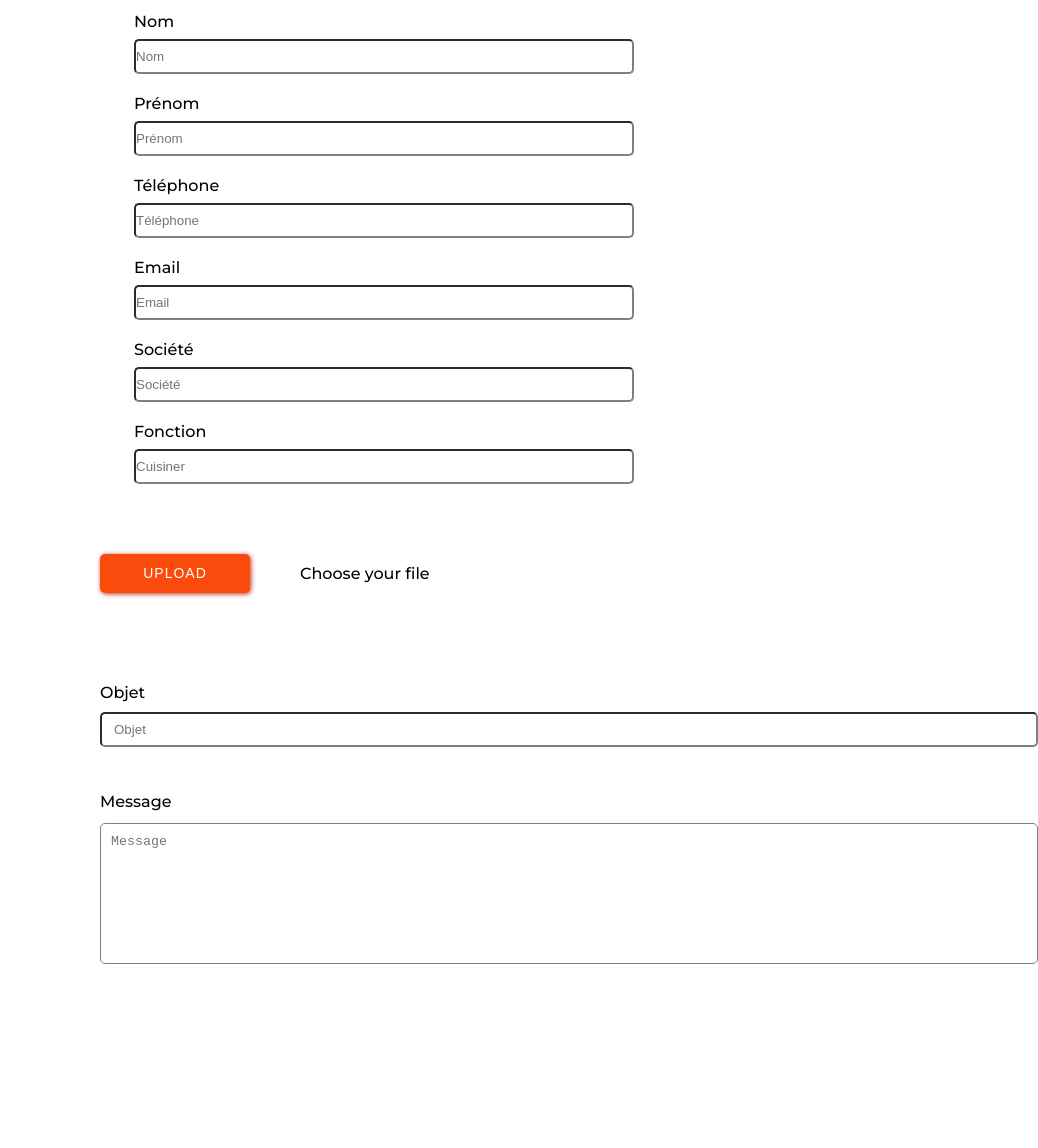
Repository: sisilass31/bella-olonje
Page: html/contact.html
The author's editor kept a copy of each file at every save. The page is drawn from the files as they stood at one save, then again after the next save.
The browser window is 768 px wide. The page is 1038 px wide, so the pictures cover 1038 px, including what lies to the right of the window. The pictures show the part of the page from y = 966 to 2114 px (the page is 2603 px tall).
Pictures or frames that could not be fetched are drawn as grey boxes. Some web libraries are served in a nearby version.

Above is the page before, as saved 2023-02-15 10:17:54.

### html/contact.html
<!DOCTYPE html>
<html lang="fr">

<head>
    <meta charset="UTF-8">
    <meta http-equiv="X-UA-Compatible" content="IE=edge">
    <meta name="viewport" content="width=device-width, initial-scale=1.0">
    <link rel="stylesheet" href="https://pro.fontawesome.com/releases/v5.10.0/css/all.css">
    <script src="https://www.google.com/recaptcha/api.js" async defer></script>
    <link rel="stylesheet" href="../css/contact.css">
    <title>Contact</title>
</head>

<body>
    <header>
        <nav>
            <ul class='nav-bar'>
                <li class='logo'><a href='#'><img src="../img/logo.png"alt="jsp"></a></li>
                <div><input type='checkbox' id="check"></div>
                <span class="menu">
                  <li><a href="acceuil.html" class="nav-link">Home</a></li>
                  <li><a href="#pizza" class="nav-link">Pizzas</a></li>
                  <li><a href="#burger" class="nav-link">Burgers</a></li>
                  <li><a href="#salades" class="nav-link">Salades</a></li>
                  <li><a href="index3.html" class="nav-link">Contact</a></li>
                  <label for="check" class="close-menu"><i class="fas fa-times"></i></label>
                </span>
                <label for="check" class="open-menu"><i class="fas fa-bars"></i></label>
            </ul>
        </nav>
        <div class="food_app">
            <div class="title_food_app">
                <h3>Food app</h3>
                <strong>Chez Bella <br>chaque désir s'additionne.</strong>
            </div>
        </div>
    </header>
    <main>
        <div class="infos" id="form-infos">
            <form>
              <h1>Nous Contacter</h1>

                <div class="grp_infos">
                    <div class="nom_prenom">
                        <div class="label1">
                            <label class="label_nom">Nom</label><br>
                            <input type="text" placeholder="Nom">
                        </div>
                        <div class="label1">
                            <label class="label_nom">Prénom</label><br>
                            <input type="text" placeholder="Prénom">
                        </div>
                    </div>
                </div>

                <div class="telephone_email">
                  <div class="label1">
                    <label class="label_nom">Téléphone</label><br>
                    <input type="text" placeholder="Téléphone">
                  </div>
                  <div class="label1">
                    <label class="label_nom">Email</label><br>
                    <input type="text" placeholder="Email">
                  </div>
                </div>

                <div class="société_fonction">
                    <div class="label1">
                      <label class="label_nom">Société</label><br>
                      <input type="text" placeholder="Société">
                    </div>
                    <div class="label1">
                      <label class="label_nom">Fonction</label><br>
                      <input type="text" placeholder="Cuisiner">
                    </div>
                </div>


                <div class="chose">
                    <div class="div_button">
                        <button class="button" type="button">UPLOAD</button>
                        <p>Choose your file</p>
                    </div>
                </div>

                <div>
                    <div class="g-recaptcha" data-sitekey="6Lc_nVgkAAAAANUqv4ltSxulUPFWVLdaBJeZfWuV"></div>
                </div>

                <div class="grp_choose">
                    <div class="choose_message">
                        <div class="label_choose">
                            <label>Objet</label><br>
                            <input type="text" placeholder="Objet">
                        </div>
                        <div class="label_message">
                            <label>Message</label><br>
                            <textarea placeholder="Message"></textarea>
                        </div>
                    </div>
                </div>
                <div class="map">
                    <iframe
                        src="https://www.google.com/maps/embed?pb=!1m14!1m8!1m3!1d6802.520331314847!2d2.4286389989125756!3d48.78576307783899!3m2!1i1024!2i768!4f13.1!3m3!1m2!1s0x47e67344bd2d57f1%3A0x2a84a845271b523a!2sAFPA!5e0!3m2!1sfr!2sfr!4v1674599977215!5m2!1sfr!2sfr"
                        width="800" height="400" style="border: 1px;;" allowfullscreen="" loading="lazy"
                        referrerpolicy="no-referrer-when-downgrade">
                    </iframe>
                </div>

                <div class="div_button2"><button class="button2" type="button">Envoyer</button></div>
            </form>
        </div>

    </main>
</body>

### css/contact.css
@import url('https://fonts.googleapis.com/css2?family=Montserrat:wght@100;200;500&display=swap');

* {
    margin: 0px;
    padding: 0px;
    scroll-behavior: smooth;
    box-sizing: border-box;
}

html,
body {
    font-family: Montserrat, sans-serif;
    background-size: cover;
    background-position: center;
    height: 100vh;
    background-repeat: no-repeat;
    scroll-behavior: smooth;
}

/*navbar*/
.nav-bar {
    width: 100%;
    display: flex;
    justify-content: space-between;
    align-items: center;
    list-style: none;
    position: relative;
    background-color: #FFF;
    padding: 12px 20px;
}

.logo img {
    width: 150px;
}

.menu {
    display: flex;
}

.menu li {
    padding-left: 30px;
    padding-right: 55px;
}

.menu li a {
    display: inline-block;
    text-decoration: none;
    color: #333;
    text-align: center;
    position: relative;
}

.menu li a:hover {
    color: #FA4A0C;
}

.open-menu {
    position: absolute;
    color: #FA4A0C;
    cursor: pointer;
    font-size: 1.5rem;
    display: none;
}

.close-menu {
    position: absolute;
    color: #333;
    cursor: pointer;
    font-size: 1.5rem;
    display: none;
    padding: 10px;
}

.open-menu {
    top: 50%;
    right: 20px;
    transform: translateY(-50%);
}

.close-menu {
    top: 20px;
    right: 20px;
}

#check {
    display: none;
}

@media(max-width: 920px) {
    .menu {
        flex-direction: column;
        align-items: center;
        width: 60%;
        height: 100vh;
        position: fixed;
        top: 0;
        right: -100%;
        z-index: 100;
        background-color: rgb(152, 152, 152);
        ;
        transition: all 0.2s ease-in-out;
        padding-top: 100px;
    }

    .menu li {
        margin-top: 40px;
    }

    .menu li a {
        padding: 10px;
        color: #FFF;
    }

    .open-menu {
        display: block;
        padding-right: 25px;
        padding-top: 13px;
    }

    .close-menu {
        display: block;
        color: #FFF;
        padding-right: 25px;
        padding-top: 22px;
    }

    #check:checked~.menu {
        right: 0;
    }

    .menu li a:hover {
        color: #333;
    }

    .nav-link {
        font-family: Montserrat;
        letter-spacing: .8px;
    }
}

/*navbar*/
/*food_app*/
.title_food_app {
    padding-top: 50px;
}

.food_app {
    background-image: url(../img/food_app.png);
    min-height: 90vh;
    background-repeat: no-repeat;
    background-position: center;
    background-size: cover;
}

.title_food_app h3 {
    font-family: 'Montserrat';
    font-style: normal;
    font-weight: 550;
    font-size: 24px;
    line-height: 36px;
    text-align: center;
    letter-spacing: 0.1px;
    color: #F7F7F7;
    padding-top: 50px;
}

.title_food_app {

    font-family: Montserrat;
    font-style: normal;
    font-weight: 600;
    font-size: 58px;
    line-height: 80px;
    text-align: center;
    letter-spacing: 0.2px;
    color: #FFFFFF;
}

.title_pizza {
    display: flex;
    justify-content: center;
    color: #000000;
}

/*food_app*/

/*contact*/

.label1 {
    padding-right: 200px;
    padding-left: 100px;
}

.label1 input {
    width: 280px;
    height: 35px;
    margin-bottom: 20px;
    margin-top: 8px;
    padding: 5px 12px;
    color: grey;
    border-radius: 5px;
    border-color: gray;
}

/*upload*/
.chose {
    display: flex;
}

.grp_choose {
    padding-left: 100px;
}

.label_choose input {
    width: 938px;
    height: 35px;
    margin-bottom: 20px;
    margin-top: 10px;
    padding: 5px 12px;
    color: grey;
    border-radius: 5px;
    border-color: gray;
}

.label_message {
    padding-top: 25px;
}

textarea {
    width: 938px;
    height: 141px;
    margin-bottom: 20px;
    color: grey;
    border-color: gray;
    margin-top: 12px;
    padding: 10px 10px 80px;
    outline: none;
    border-radius: 5px;
    resize: none;
}

/*upload*/

.infos h1 {
    padding: 52px 0px 65px 75px;
}

/*contact*/
.nom_prenom {
    display: flex;
    justify-content: space-around;
    padding-right: 200px;
    padding-bottom: 28px;
}

.telephone_email {
    display: flex;
    justify-content: space-around;
    padding-right: 200px;
    padding-bottom: 28px;
}

.société_fonction {
    display: flex;
    justify-content: space-around;
    padding-right: 200px;
    padding-bottom: 28px;
}

.div_button {
    padding: 50px 0px 35px 100px;
    display: flex;
}

.div_button2 {
    padding: 50px 490px 50px 0px;
    display: flex;
    justify-content: flex-end;
}

.button {
    letter-spacing: 1px;
    font-size: 14px;
}

.button2 {
    letter-spacing: 1px;
    font-size: 16px;
}

.g-recaptcha {
    padding: 0px 0px 55px 100px;
}

.div_button p {
    padding-left: 50px;
    padding-top: 10px;
}

.div_button button {
    border: 0;
    line-height: 2.8;
    width: 150px;
    padding: 0 18px;
    font-size: 14px;
    text-align: center;
    color: #fff;
    border-radius: 5px;
    background-color: #FA4A0C;
    box-shadow: 1px 1px 5px #B73227;
}

.div_button2 button {
    border: 0;
    line-height: 2.5;
    width: 150px;
    padding: 0 18px;
    font-size: 18px;
    text-align: center;
    color: #fff;
    border-radius: 20px;
    background-color: #FA4A0C;
    box-shadow: 1px 1px 5px #B73227;
}


/*contact*/

.choose {
    padding-left: 50px;
    padding-bottom: 38px;
    display: flex;
}

.message {
    padding-left: 50px;
    padding-bottom: 55px;
    display: flex;
}

/*map*/
.map {
    padding: 50px 0px 50px 100px;
}

/*map*/

/*responsive*/
/* Mobile */
@media (max-width:767px) {}

/* Ipad Mini to ipad */
@media screen and (min-width:768px) and (max-width:991px) {
    .infos h1 {
        padding: 52px 0px 65px 75px;
    }

    .nom_prenom {
        padding: 0;
        flex-direction: column;
    }

    .label1 {
        padding: 0;
    }

    .label1 input {
        padding: 0;
        width: 500px;
    }

    .telephone_email {
        padding: 0;
        flex-direction: column;
        justify-content: center;
        align-items: center;
    }

    .société_fonction {
        padding: 0;
        flex-direction: column;
        justify-content: center;
        align-items: center;
    }

    .grp_infos {
        display: flex;
        justify-content: center;

    }
}

After the next save:
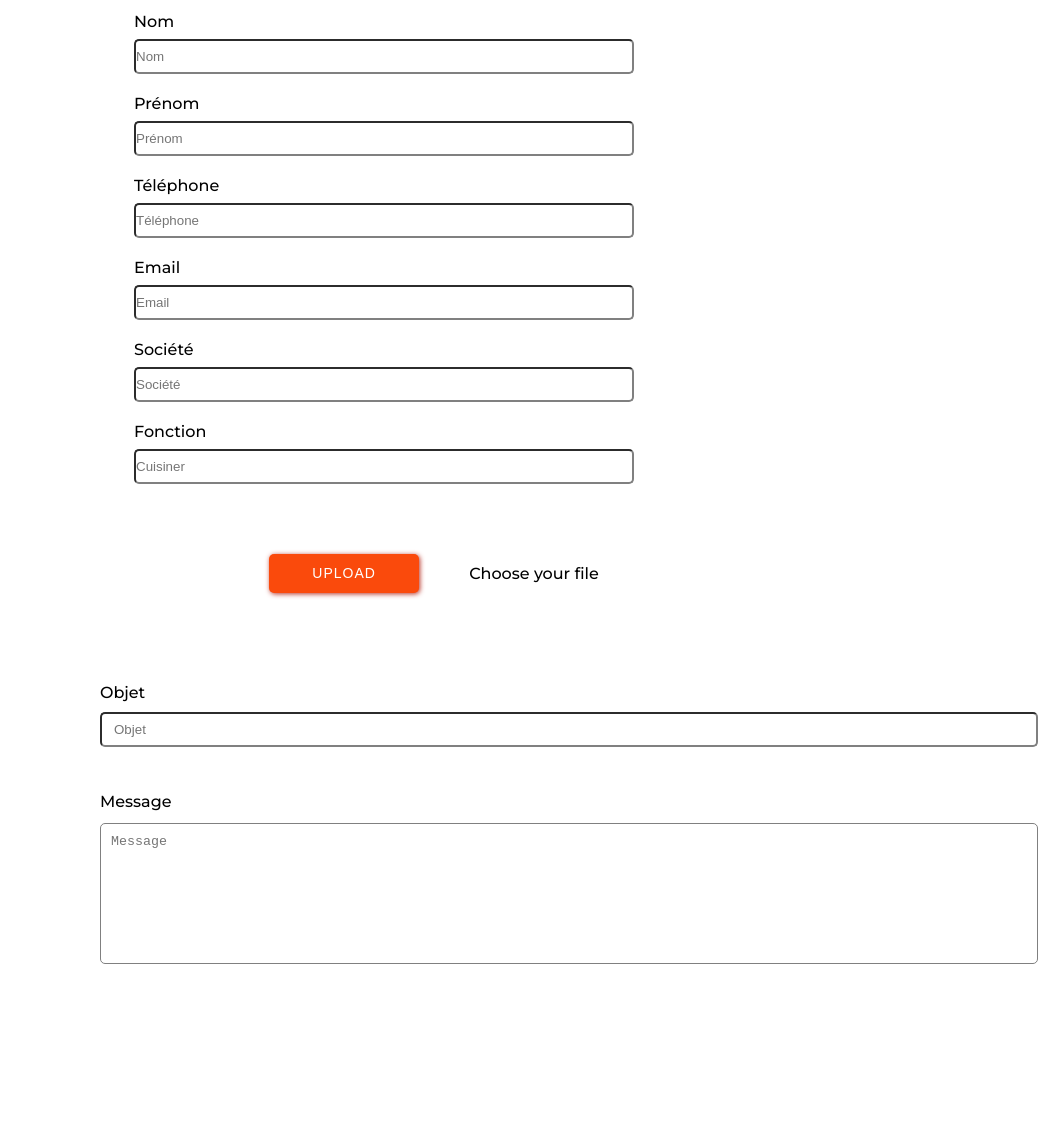
Saved 23 s later.
--- a/css/contact.css
+++ b/css/contact.css
@@ -388,4 +388,10 @@ textarea {
         justify-content: center;
 
     }
-}
+    .chose {
+        justify-content: center;
+        }
+        .div_button {
+        padding: 50px 0px 35px 100px;
+        }
+}
